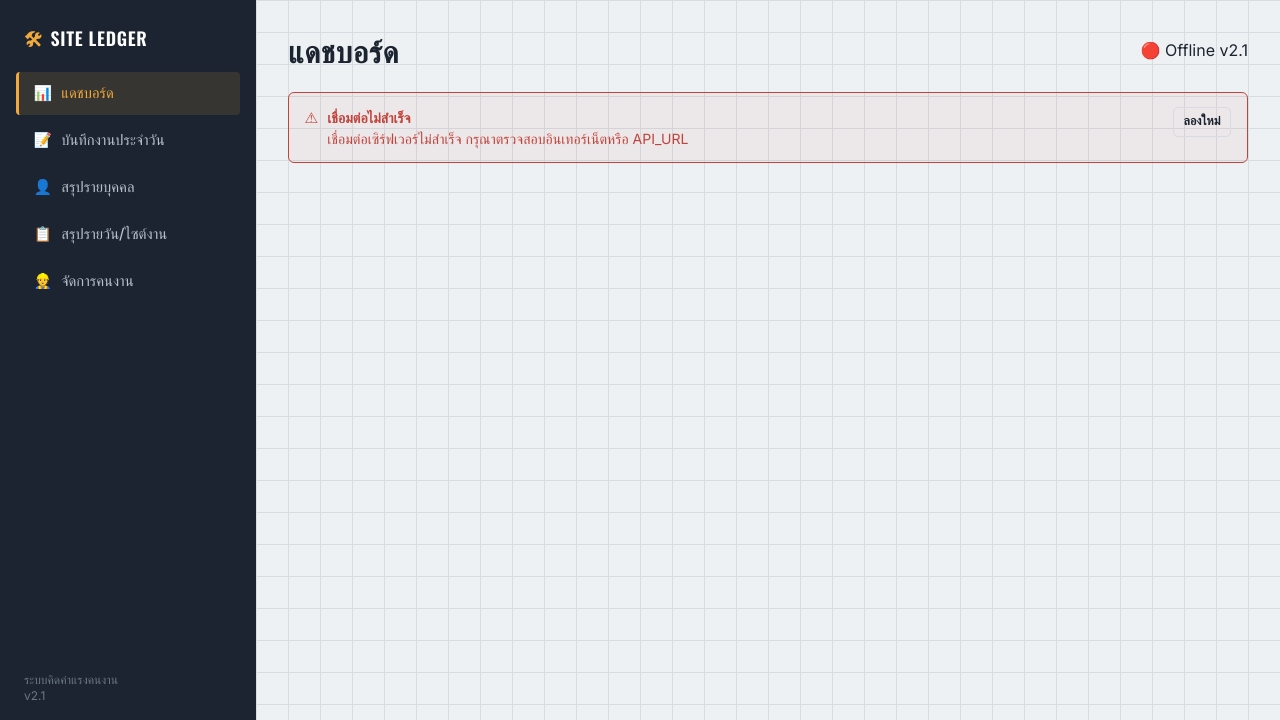
Repository: Artimis2nd/Web-Work
Page: index.html
An editor plug-in stored every save of this project. The page is shown before and after the next save, followed by the edit.
The browser window is 1280 px wide. The pictures show the whole page.
The page's requests for data from a server got no answer. Some web libraries are served in a nearby version.

Above is the page before, as saved 2026-07-20 16:13:36.

### index.html
<!DOCTYPE html>
<html lang="th">
<head>
<meta charset="UTF-8">
<meta name="viewport" content="width=device-width, initial-scale=1.0">
<title>แดชบอร์ด | ระบบคิดค่าแรงคนงาน</title>
<script src="https://cdn.tailwindcss.com"></script>
<link rel="stylesheet" href="assets/css/style.css">
</head>
<body>
<div id="app-shell"></div>

<script src="assets/js/config.js"></script>
<script src="assets/js/api.js"></script>
<script src="assets/js/utils.js"></script>
<script src="assets/js/pages/dashboard.js"></script>
</body>
</html>

### assets/css/style.css
/*
  ระบบคิดค่าแรงคนงาน — Design tokens
  แนวคิด: "สมุดบันทึกงานไซต์ก่อสร้าง" กระดาษพิมพ์เขียว (blueprint) + ตรายางประทับ + เทปวัด
*/

@import url('https://fonts.googleapis.com/css2?family=Oswald:wght@500;600;700&family=Inter:wght@400;500;600;700&family=IBM+Plex+Mono:wght@500;600&display=swap');

:root {
  /* Color */
  --ink: #1B2430;
  --ink-soft: #414B58;
  --paper: #EEF1F3;
  --paper-card: #FFFFFF;
  --blueprint: #3D6B99;
  --blueprint-dark: #2C4E70;
  --amber: #F2A93B;
  --amber-dark: #C9860F;
  --green: #3F8F5F;
  --red: #C1443C;
  --line: #D6DCE1;

  /* Type */
  --font-display: 'Oswald', sans-serif;
  --font-body: 'Inter', sans-serif;
  --font-mono: 'IBM Plex Mono', monospace;
}

body {
  background-color: var(--paper);
  background-image:
    linear-gradient(var(--line) 1px, transparent 1px),
    linear-gradient(90deg, var(--line) 1px, transparent 1px);
  background-size: 32px 32px;
  font-family: var(--font-body);
  color: var(--ink);
}

.font-display { font-family: var(--font-display); letter-spacing: 0.02em; }
.font-mono { font-family: var(--font-mono); }

/* ---------- App shell ---------- */
.app-shell {
  min-height: 100vh;
}

.sidebar {
  background: var(--ink);
  color: #E8ECEF;
}

.sidebar .brand {
  font-family: var(--font-display);
  font-weight: 600;
  letter-spacing: 0.04em;
}

.nav-tab {
  display: flex;
  align-items: center;
  gap: 0.6rem;
  padding: 0.65rem 0.9rem;
  border-radius: 4px;
  color: #B7C0CB;
  font-weight: 500;
  font-size: 0.92rem;
  transition: background-color 0.15s ease, color 0.15s ease, transform 0.1s ease;
  border-left: 3px solid transparent;
}

.nav-tab:hover {
  background: rgba(255,255,255,0.06);
  color: #FFFFFF;
}

.nav-tab.active {
  background: rgba(242, 169, 59, 0.12);
  color: var(--amber);
  border-left-color: var(--amber);
}

/* ---------- Ledger card ---------- */
.ledger-card {
  background: var(--paper-card);
  border: 1px solid var(--line);
  border-radius: 6px;
  box-shadow: 0 1px 2px rgba(27, 36, 48, 0.04);
}

.kpi-card {
  position: relative;
  overflow: hidden;
}

.kpi-card::before {
  content: '';
  position: absolute;
  left: 0; top: 0; bottom: 0;
  width: 4px;
  background: var(--tick-color, var(--blueprint));
}

.kpi-label {
  font-size: 0.72rem;
  letter-spacing: 0.08em;
  text-transform: uppercase;
  color: var(--ink-soft);
  font-weight: 600;
}

.kpi-value {
  font-family: var(--font-mono);
  font-weight: 600;
  color: var(--ink);
}

/* ---------- Measuring-tape ruled table ---------- */
.tape-table {
  border-collapse: separate;
  border-spacing: 0;
  width: 100%;
}

.tape-table thead th {
  position: relative;
  text-align: left;
  font-size: 0.7rem;
  letter-spacing: 0.06em;
  text-transform: uppercase;
  color: var(--ink-soft);
  font-weight: 600;
  padding: 0.7rem 0.85rem;
  border-bottom: 2px solid var(--ink);
  background: var(--paper-card);
}

.tape-table tbody td {
  padding: 0.65rem 0.85rem;
  border-bottom: 1px dashed var(--line);
  font-size: 0.88rem;
}

.tape-table tbody tr:hover td {
  background: #F8FAFB;
}

.tape-table tbody tr:first-child td {
  border-top: none;
}

/* left ruler ticks on first column */
.tape-table tbody td:first-child {
  position: relative;
  padding-left: 1rem;
}

/* ---------- Rubber stamp badge ---------- */
.stamp {
  display: inline-flex;
  align-items: center;
  gap: 0.3rem;
  font-family: var(--font-display);
  font-size: 0.68rem;
  letter-spacing: 0.08em;
  text-transform: uppercase;
  font-weight: 600;
  padding: 0.18rem 0.55rem;
  border: 1.5px solid currentColor;
  border-radius: 3px;
  transform: rotate(-2deg);
}

.stamp-active { color: var(--green); }
.stamp-inactive { color: var(--ink-soft); }
.stamp-paid { color: var(--blueprint-dark); }

/* ---------- Buttons ---------- */
.btn {
  display: inline-flex;
  align-items: center;
  justify-content: center;
  gap: 0.4rem;
  font-weight: 600;
  font-size: 0.86rem;
  padding: 0.55rem 1rem;
  border-radius: 5px;
  transition: filter 0.15s ease, transform 0.05s ease;
  cursor: pointer;
}
.btn:active { transform: translateY(1px); }

.btn-primary { background: var(--blueprint); color: #fff; }
.btn-primary:hover { filter: brightness(1.08); }

.btn-amber { background: var(--amber); color: var(--ink); }
.btn-amber:hover { filter: brightness(1.05); }

.btn-outline { background: transparent; border: 1.5px solid var(--line); color: var(--ink); }
.btn-outline:hover { border-color: var(--ink-soft); }

.btn-danger { background: transparent; color: var(--red); }
.btn-danger:hover { background: rgba(193,68,60,0.08); }

.btn-sm { padding: 0.3rem 0.6rem; font-size: 0.78rem; }

/* ---------- Form fields ---------- */
.field-label {
  display: block;
  font-size: 0.8rem;
  font-weight: 600;
  color: var(--ink-soft);
  margin-bottom: 0.3rem;
}

.field-input {
  width: 100%;
  border: 1.5px solid var(--line);
  border-radius: 5px;
  padding: 0.55rem 0.75rem;
  font-size: 0.9rem;
  background: #fff;
  color: var(--ink);
}
.field-input:focus {
  outline: none;
  border-color: var(--blueprint);
  box-shadow: 0 0 0 3px rgba(61, 107, 153, 0.15);
}

textarea.field-input {
  min-height: 120px;
  resize: vertical;
}

.worker-check {
  display: flex;
  align-items: center;
  justify-content: space-between;
  padding: 0.6rem 0.75rem;
  border: 1.5px solid var(--line);
  border-radius: 5px;
  cursor: pointer;
  transition: border-color 0.15s ease, background-color 0.15s ease;
}
.worker-check.checked {
  border-color: var(--amber-dark);
  background: rgba(242, 169, 59, 0.08);
}

/* ---------- Worker wage options (v2) ---------- */
.worker-options {
  display: none;
  margin-top: 0.5rem;
  padding: 0.75rem;
  background: #F8FAFB;
  border: 1px solid var(--line);
  border-radius: 5px;
}
.worker-options.open {
  display: block;
}

.wage-type-toggle {
  display: flex;
  gap: 0.5rem;
  margin-bottom: 0.5rem;
}

.wage-type-btn {
  padding: 0.3rem 0.7rem;
  font-size: 0.78rem;
  border: 1.5px solid var(--line);
  border-radius: 4px;
  background: #fff;
  cursor: pointer;
  font-weight: 500;
  transition: all 0.12s ease;
}
.wage-type-btn.active {
  border-color: var(--blueprint);
  background: var(--blueprint);
  color: #fff;
}

.wage-input-group {
  display: flex;
  align-items: center;
  gap: 0.5rem;
  flex-wrap: wrap;
}

.wage-input-group label {
  font-size: 0.8rem;
  color: var(--ink-soft);
  font-weight: 500;
}

.wage-input-group select,
.wage-input-group input[type="number"] {
  border: 1.5px solid var(--line);
  border-radius: 4px;
  padding: 0.3rem 0.5rem;
  font-size: 0.85rem;
  background: #fff;
  color: var(--ink);
  font-family: var(--font-mono);
}
.wage-input-group select:focus,
.wage-input-group input[type="number"]:focus {
  outline: none;
  border-color: var(--blueprint);
}

.wage-calc-result {
  font-size: 0.82rem;
  font-weight: 600;
  color: var(--blueprint-dark);
  margin-top: 0.3rem;
}

.wage-calc-result .no-markup {
  color: var(--red);
  font-size: 0.72rem;
  font-weight: 500;
}

/* ---------- Image upload (v2) ---------- */
.image-upload-area {
  border: 2px dashed var(--line);
  border-radius: 6px;
  padding: 1.5rem;
  text-align: center;
  cursor: pointer;
  transition: border-color 0.15s ease, background-color 0.15s ease;
}
.image-upload-area:hover {
  border-color: var(--blueprint);
  background: rgba(61, 107, 153, 0.04);
}
.image-upload-area.dragover {
  border-color: var(--amber);
  background: rgba(242, 169, 59, 0.06);
}

.image-grid {
  display: grid;
  grid-template-columns: repeat(auto-fill, minmax(100px, 1fr));
  gap: 0.5rem;
  margin-top: 0.75rem;
}

.image-preview {
  position: relative;
  aspect-ratio: 1;
  border-radius: 4px;
  overflow: hidden;
  border: 1px solid var(--line);
}
.image-preview img {
  width: 100%;
  height: 100%;
  object-fit: cover;
}
.image-preview .remove-btn {
  position: absolute;
  top: 2px;
  right: 2px;
  width: 22px;
  height: 22px;
  border-radius: 50%;
  background: rgba(0,0,0,0.6);
  color: #fff;
  border: none;
  font-size: 14px;
  line-height: 1;
  cursor: pointer;
  display: flex;
  align-items: center;
  justify-content: center;
  transition: background 0.12s ease;
}
.image-preview .remove-btn:hover {
  background: var(--red);
}

.image-count {
  font-size: 0.78rem;
  color: var(--ink-soft);
  margin-top: 0.4rem;
}

/* ---------- Loading skeleton ---------- */
.skeleton {
  background: linear-gradient(90deg, #E4E8EB 25%, #EDF0F2 37%, #E4E8EB 63%);
  background-size: 400% 100%;
  animation: skeleton-loading 1.4s ease infinite;
  border-radius: 4px;
}
@keyframes skeleton-loading {
  0% { background-position: 100% 50%; }
  100% { background-position: 0 50%; }
}

.spinner {
  width: 1.1rem;
  height: 1.1rem;
  border: 2.5px solid rgba(255,255,255,0.4);
  border-top-color: #fff;
  border-radius: 50%;
  animation: spin 0.7s linear infinite;
}
.spinner-dark {
  border: 2.5px solid rgba(27,36,48,0.15);
  border-top-color: var(--blueprint);
}
@keyframes spin { to { transform: rotate(360deg); } }

/* ---------- Toast ---------- */
#toast-container {
  position: fixed;
  bottom: 1.25rem;
  right: 1.25rem;
  z-index: 60;
  display: flex;
  flex-direction: column;
  gap: 0.5rem;
}

.toast {
  min-width: 260px;
  max-width: 340px;
  padding: 0.75rem 1rem;
  border-radius: 6px;
  font-size: 0.86rem;
  font-weight: 500;
  color: #fff;
  box-shadow: 0 6px 16px rgba(0,0,0,0.18);
  animation: toast-in 0.2s ease;
}
@keyframes toast-in {
  from { opacity: 0; transform: translateY(8px); }
  to { opacity: 1; transform: translateY(0); }
}
.toast-success { background: var(--green); }
.toast-error { background: var(--red); }
.toast-info { background: var(--blueprint-dark); }

/* ---------- Error banner ---------- */
.error-banner {
  border: 1.5px solid var(--red);
  background: rgba(193, 68, 60, 0.06);
  color: var(--red);
  border-radius: 6px;
  padding: 0.85rem 1rem;
  font-size: 0.88rem;
  display: flex;
  align-items: flex-start;
  gap: 0.6rem;
}

/* Scrollbar tidy */
::-webkit-scrollbar { width: 8px; height: 8px; }
::-webkit-scrollbar-thumb { background: #C7CFD6; border-radius: 4px; }

### assets/js/config.js
/**
 * ตั้งค่า URL ของ Google Apps Script Web App ที่นี่
 * หลังจาก Deploy Web App แล้ว ให้นำ URL ที่ได้ (ลงท้ายด้วย /exec) มาวางแทนค่าด้านล่าง
 */
window.API_URL = 'https://script.google.com/macros/s/AKfycbyyXY_YjBvFi9lMIIbMjmkdoYzpeusf_W97DfdqgGDmp-2ctgk91iVhUHt_Y6VvIAqVZg/exec';

### assets/js/api.js
/**
 * โมดูลกลางสำหรับเรียก Google Apps Script Web App
 * ใช้ Content-Type: text/plain เพื่อให้ browser ส่งเป็น "simple request"
 * (หลีกเลี่ยงปัญหา CORS preflight ที่ Apps Script ไม่รองรับ)
 */
const Api = (() => {
  async function call(action, payload = {}) {
    if (!window.API_URL || window.API_URL.includes('YOUR_DEPLOYMENT_ID')) {
      throw new Error('ยังไม่ได้ตั้งค่า API_URL — กรุณาแก้ไขไฟล์ assets/js/config.js');
    }

    let response;
    try {
      response = await fetch(window.API_URL, {
        method: 'POST',
        headers: { 'Content-Type': 'text/plain;charset=utf-8' },
        body: JSON.stringify({ action, payload })
      });
    } catch (networkErr) {
      throw new Error('เชื่อมต่อเซิร์ฟเวอร์ไม่สำเร็จ กรุณาตรวจสอบอินเทอร์เน็ตหรือ API_URL');
    }

    if (!response.ok) {
      throw new Error('เซิร์ฟเวอร์ตอบกลับผิดพลาด (HTTP ' + response.status + ')');
    }

    let json;
    try {
      json = await response.json();
    } catch (parseErr) {
      throw new Error('รูปแบบข้อมูลที่ได้รับไม่ถูกต้อง');
    }

    if (!json.ok) {
      throw new Error(json.error || 'เกิดข้อผิดพลาดที่ไม่ทราบสาเหตุ');
    }

    return json.data;
  }

  return {
    getDashboard: () => call('getDashboard'),
    getWorkers: () => call('getWorkers'),
    addWorker: (payload) => call('addWorker', payload),
    updateWorker: (payload) => call('updateWorker', payload),
    deleteWorker: (payload) => call('deleteWorker', payload),
    getLogs: (payload) => call('getLogs', payload),
    addLogs: (payload) => call('addLogs', payload),
    deleteLogGroup: (payload) => call('deleteLogGroup', payload),
    getReport: (payload) => call('getReport', payload),
    getPivotReport: (payload) => call('getPivotReport', payload),
    // === ฟังก์ชันใหม่สำหรับระบบใบงาน v2 ===
    getLogGroup: (payload) => call('getLogGroup', payload),
    updateLogGroup: (payload) => call('updateLogGroup', payload),
    getSiteHistory: () => call('getSiteHistory'),
    getRequesterHistory: () => call('getRequesterHistory')
  };
})();

### assets/js/utils.js
/**
 * ฟังก์ชันช่วยเหลือที่ใช้ร่วมกันทุกหน้า: จัดรูปแบบตัวเลข/วันที่, Toast, Layout, Loading, Error
 */
const Utils = (() => {
  const APP_VERSION = '2.1';
  const THB = new Intl.NumberFormat('th-TH', { minimumFractionDigits: 2, maximumFractionDigits: 2 });

  function money(n) {
    return THB.format(Number(n) || 0);
  }

  function formatDate(d) {
    if (!d) return '-';
    const date = new Date(d);
    if (isNaN(date.getTime())) return String(d);
    return date.toLocaleDateString('th-TH', { year: 'numeric', month: 'short', day: 'numeric' });
  }

  function toInputDate(d) {
    const date = d ? new Date(d) : new Date();
    if (isNaN(date.getTime())) return '';
    const pad = (n) => String(n).padStart(2, '0');
    return `${date.getFullYear()}-${pad(date.getMonth() + 1)}-${pad(date.getDate())}`;
  }

  function toast(message, type = 'info') {
    const container = document.getElementById('toast-container');
    if (!container) return;
    const el = document.createElement('div');
    el.className = `toast toast-${type}`;
    el.textContent = message;
    container.appendChild(el);
    setTimeout(() => {
      el.style.transition = 'opacity 0.25s ease';
      el.style.opacity = '0';
      setTimeout(() => el.remove(), 250);
    }, 3200);
  }

  function skeletonRows(count, cols) {
    let html = '';
    for (let i = 0; i < count; i++) {
      html += '<tr>';
      for (let c = 0; c < cols; c++) {
        html += `<td><div class="skeleton" style="height:14px;width:${60 + (c * 13) % 80}%"></div></td>`;
      }
      html += '</tr>';
    }
    return html;
  }

  function errorBanner(message, onRetry) {
    const div = document.createElement('div');
    div.className = 'error-banner';
    div.innerHTML = `
      <span>&#9888;</span>
      <div class="flex-1">
        <div class="font-semibold">เชื่อมต่อไม่สำเร็จ</div>
        <div>${escapeHtml(message)}</div>
      </div>
    `;
    if (onRetry) {
      const btn = document.createElement('button');
      btn.className = 'btn btn-outline btn-sm';
      btn.textContent = 'ลองใหม่';
      btn.onclick = onRetry;
      div.appendChild(btn);
    }
    return div;
  }

  function escapeHtml(str) {
    const d = document.createElement('div');
    d.textContent = String(str);
    return d.innerHTML;
  }

  const NAV_ITEMS = [
    { href: 'index.html', label: 'แดชบอร์ด', icon: '&#128202;' },
    { href: 'daily-log.html', label: 'บันทึกงานประจำวัน', icon: '&#128221;' },
    { href: 'report.html', label: 'สรุปรายบุคคล', icon: '&#128100;' },
    { href: 'pivot-report.html', label: 'สรุปรายวัน/ไซต์งาน', icon: '&#128203;' },
    { href: 'workers.html', label: 'จัดการคนงาน', icon: '&#128119;' }
  ];

  function renderShell(activePage, pageTitle) {
    const navHtml = NAV_ITEMS.map(item => `
      <a href="${item.href}" class="nav-tab ${item.href === activePage ? 'active' : ''}">
        <span>${item.icon}</span><span>${item.label}</span>
      </a>
    `).join('');

    document.getElementById('app-shell').innerHTML = `
      <div class="flex min-h-screen">
        <aside class="sidebar w-64 shrink-0 hidden md:flex flex-col p-4 gap-1">
          <div class="brand text-lg text-white px-2 pb-4 pt-2 flex items-center gap-2">
            <span style="color:var(--amber)">&#128736;</span>
            <span>SITE LEDGER</span>
          </div>
          ${navHtml}
          <div class="mt-auto px-2 pt-4 text-xs" style="color:#6B7684">ระบบคิดค่าแรงคนงาน<br>v${APP_VERSION}</div>
        </aside>

        <div class="flex-1 min-w-0 flex flex-col">
          <header class="md:hidden sidebar flex items-center justify-between px-4 py-3">
            <div class="brand text-white text-base flex items-center gap-2">
              <span style="color:var(--amber)">&#128736;</span> SITE LEDGER
            </div>
            <button id="mobile-nav-toggle" class="text-white text-xl px-2">&#9776;</button>
          </header>
          <nav id="mobile-nav" class="md:hidden hidden sidebar flex flex-col p-3 gap-1 border-t border-white/10">
            ${navHtml}
          </nav>

          <main class="flex-1 p-4 md:p-8 max-w-7xl w-full mx-auto">
            <div class="mb-6 flex items-center justify-between gap-4">
              <h1 class="font-display text-2xl md:text-3xl font-semibold" style="color:var(--ink)">${pageTitle}</h1>
              <div id="status-badge" class="status-badge">&#9679; กำลังตรวจสอบ...</div>
            </div>
            <div id="page-content"></div>
          </main>
        </div>
      </div>
      <div id="toast-container"></div>
    `;

    const toggle = document.getElementById('mobile-nav-toggle');
    if (toggle) {
      toggle.addEventListener('click', () => {
        document.getElementById('mobile-nav').classList.toggle('hidden');
      });
    }

    // ตรวจสอบสถานะเชื่อมต่อหลังจาก DOM พร้อม
    setTimeout(checkStatus, 300);
  }

  /**
   * ตรวจสอบสถานะการเชื่อมต่อกับ Google Sheets ผ่าน API
   * แสดงเป็น Online/Offline ที่ #status-badge
   */
  async function checkStatus() {
    const badge = document.getElementById('status-badge');
    if (!badge) return;
    try {
      await Api.getWorkers();
      badge.className = 'status-badge status-online';
      badge.textContent = '🟢 Online v' + APP_VERSION;
    } catch (e) {
      badge.className = 'status-badge status-offline';
      badge.textContent = '🔴 Offline v' + APP_VERSION;
    }
  }

  /**
   * บีบอัดรูปภาพด้วย Canvas — resize + ลด quality
   * @param {File} file - ไฟล์รูปจาก input
   * @param {number} maxWidth - ความกว้างสูงสุด (default 1000px)
   * @param {number} quality - คุณภาพ JPEG 0-1 (default 0.7)
   * @returns {Promise<string>} Base64 string
   */
  function compressImage(file, maxWidth = 1000, quality = 0.7) {
    return new Promise((resolve, reject) => {
      const reader = new FileReader();
      reader.onload = (e) => {
        const img = new Image();
        img.onload = () => {
          const canvas = document.createElement('canvas');
          let w = img.width;
          let h = img.height;
          if (w > maxWidth) {
            h = (maxWidth / w) * h;
            w = maxWidth;
          }
          canvas.width = w;
          canvas.height = h;
          const ctx = canvas.getContext('2d');
          ctx.drawImage(img, 0, 0, w, h);
          resolve(canvas.toDataURL('image/jpeg', quality));
        };
        img.onerror = () => reject(new Error('ไม่สามารถโหลดรูปภาพได้'));
        img.src = e.target.result;
      };
      reader.onerror = () => reject(new Error('ไม่สามารถอ่านไฟล์รูปภาพได้'));
      reader.readAsDataURL(file);
    });
  }

  return { money, formatDate, toInputDate, toast, skeletonRows, errorBanner, escapeHtml, renderShell, compressImage };
})();

### assets/js/pages/dashboard.js
(() => {
  Utils.renderShell('index.html', 'แดชบอร์ด');

  const content = document.getElementById('page-content');

  function skeletonKpis() {
    content.innerHTML = `
      <div class="grid grid-cols-2 lg:grid-cols-4 gap-4 mb-6">
        ${[0,1,2,3].map(() => `
          <div class="ledger-card p-4">
            <div class="skeleton" style="height:12px;width:60%;margin-bottom:10px"></div>
            <div class="skeleton" style="height:26px;width:80%"></div>
          </div>
        `).join('')}
      </div>
      <div class="ledger-card p-4">
        <div class="skeleton" style="height:18px;width:200px;margin-bottom:16px"></div>
        <table class="tape-table"><tbody>${Utils.skeletonRows(6, 6)}</tbody></table>
      </div>
    `;
  }

  function kpiCard(label, value, colorVar, prefix = '') {
    return `
      <div class="ledger-card kpi-card p-4" style="--tick-color:${colorVar}">
        <div class="kpi-label">${label}</div>
        <div class="kpi-value text-2xl mt-1">${prefix}${value}</div>
      </div>
    `;
  }

  function renderGroupRow(group) {
    return `
      <tr>
        <td>${Utils.formatDate(group.date)}</td>
        <td>${Utils.escapeHtml(group.site || '-')}</td>
        <td class="font-mono">${group.workerCount} คน</td>
        <td class="font-mono">฿${Utils.money(group.totalNormal)}</td>
        <td class="font-mono">฿${Utils.money(group.totalFixed)}</td>
        <td class="font-mono font-semibold" style="color:var(--blueprint-dark)">฿${Utils.money(group.totalNormal + group.totalFixed)}</td>
        <td>
          <div class="flex gap-1">
            <button class="btn btn-outline btn-sm" data-edit-group="${Utils.escapeHtml(group.groupId)}">&#9998;</button>
            <button class="btn btn-danger btn-sm" data-delete-group="${Utils.escapeHtml(group.groupId)}">&#128465;</button>
          </div>
        </td>
      </tr>
    `;
  }

  function renderData(data) {
    content.innerHTML = `
      <div class="grid grid-cols-2 lg:grid-cols-4 gap-4 mb-6">
        ${kpiCard('จำนวนคนงานทั้งหมด', data.totalWorkers, 'var(--blueprint)')}
        ${kpiCard('ใบงานที่บันทึกแล้ว', data.totalLogGroups, 'var(--amber-dark)')}
        ${kpiCard('ยอดค่าแรงปกติ+OT สะสม', Utils.money(data.totalNormalWage), 'var(--green)', '฿')}
        ${kpiCard('ยอดค่าแรงเหมาสะสม', Utils.money(data.totalFixedWage), 'var(--red)', '฿')}
      </div>

      <div class="ledger-card p-4">
        <div class="flex items-center justify-between mb-3">
          <h2 class="font-display text-lg font-semibold">รายการใบงานล่าสุด</h2>
          <a href="daily-log.html" class="btn btn-amber btn-sm">+ บันทึกงานใหม่</a>
        </div>
        <div class="overflow-x-auto">
          <table class="tape-table">
            <thead>
              <tr>
                <th>วันที่</th>
                <th>ไซต์งาน</th>
                <th>จำนวนคน</th>
                <th>ค่าแรงปกติ+OT</th>
                <th>ค่าแรงเหมา</th>
                <th>รวมจ่าย</th>
                <th></th>
              </tr>
            </thead>
            <tbody id="log-rows">
              ${data.recentGroups && data.recentGroups.length
                ? data.recentGroups.map(renderGroupRow).join('')
                : `<tr><td colspan="7" class="text-center py-6" style="color:var(--ink-soft)">ยังไม่มีบันทึกงาน — เริ่มบันทึกได้ที่ปุ่มด้านบน</td></tr>`}
            </tbody>
          </table>
        </div>
      </div>
    `;

    // Edit buttons
    content.querySelectorAll('[data-edit-group]').forEach(btn => {
      btn.addEventListener('click', () => {
        const groupId = btn.getAttribute('data-edit-group');
        window.location.href = 'daily-log.html?edit=' + encodeURIComponent(groupId);
      });
    });

    // Delete buttons
    content.querySelectorAll('[data-delete-group]').forEach(btn => {
      btn.addEventListener('click', async () => {
        const groupId = btn.getAttribute('data-delete-group');
        if (!confirm('ยืนยันการลบใบงานนี้ทั้งหมด?')) return;
        btn.disabled = true;
        btn.innerHTML = '<span class="spinner spinner-dark"></span>';
        try {
          await Api.deleteLogGroup({ groupId });
          Utils.toast('ลบใบงานเรียบร้อย', 'success');
          load();
        } catch (err) {
          Utils.toast(err.message, 'error');
          btn.disabled = false;
          btn.textContent = '🗑️';
        }
      });
    });
  }

  async function load() {
    skeletonKpis();
    try {
      const data = await Api.getDashboard();
      renderData(data);
    } catch (err) {
      content.innerHTML = '';
      content.appendChild(Utils.errorBanner(err.message, load));
    }
  }

  load();
})();

After the next save:
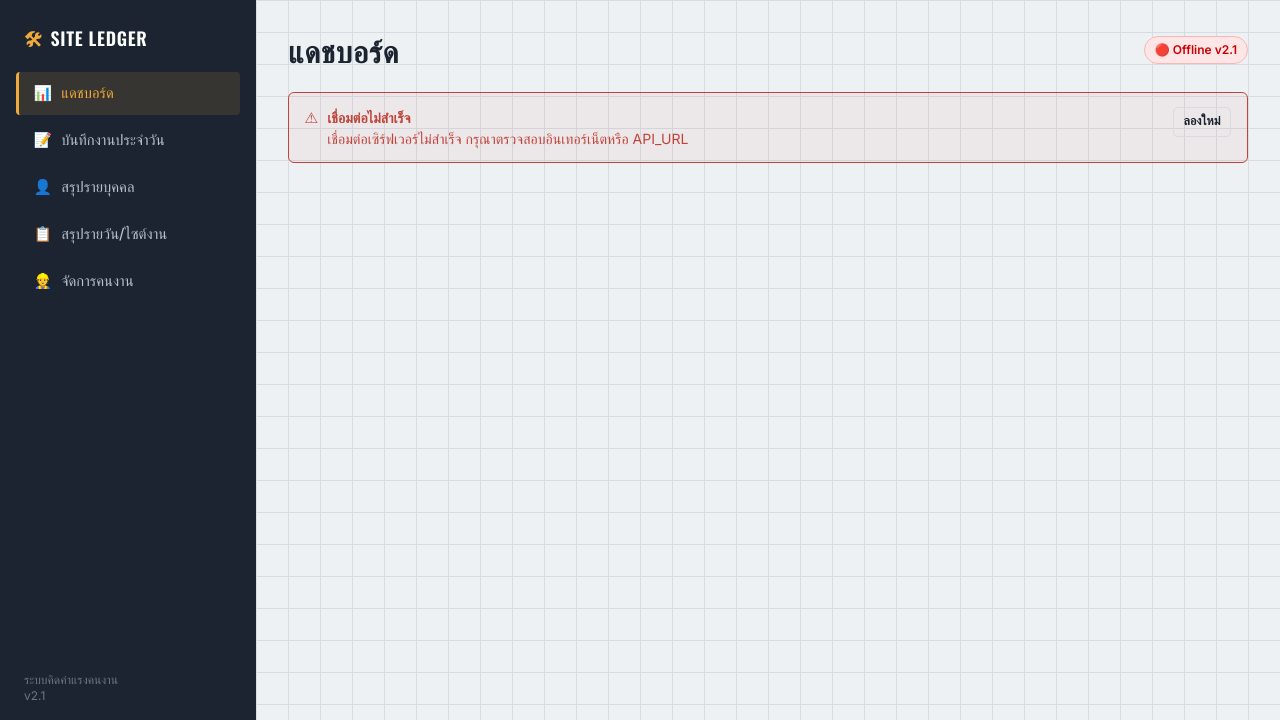
Saved 11 s later.
--- a/assets/css/style.css
+++ b/assets/css/style.css
@@ -457,6 +457,27 @@ textarea.field-input {
   gap: 0.6rem;
 }
 
+/* ---------- Status badge ---------- */
+.status-badge {
+  font-size: 0.75rem;
+  padding: 4px 10px;
+  border-radius: 20px;
+  white-space: nowrap;
+  font-weight: 600;
+  border: 1.5px solid transparent;
+  transition: background 0.2s ease, color 0.2s ease;
+}
+.status-online {
+  background: #e6f7e6;
+  color: #1a7d1a;
+  border-color: #b8e6b8;
+}
+.status-offline {
+  background: #ffe6e6;
+  color: #cc0000;
+  border-color: #f5b8b8;
+}
+
 /* Scrollbar tidy */
 ::-webkit-scrollbar { width: 8px; height: 8px; }
 ::-webkit-scrollbar-thumb { background: #C7CFD6; border-radius: 4px; }
